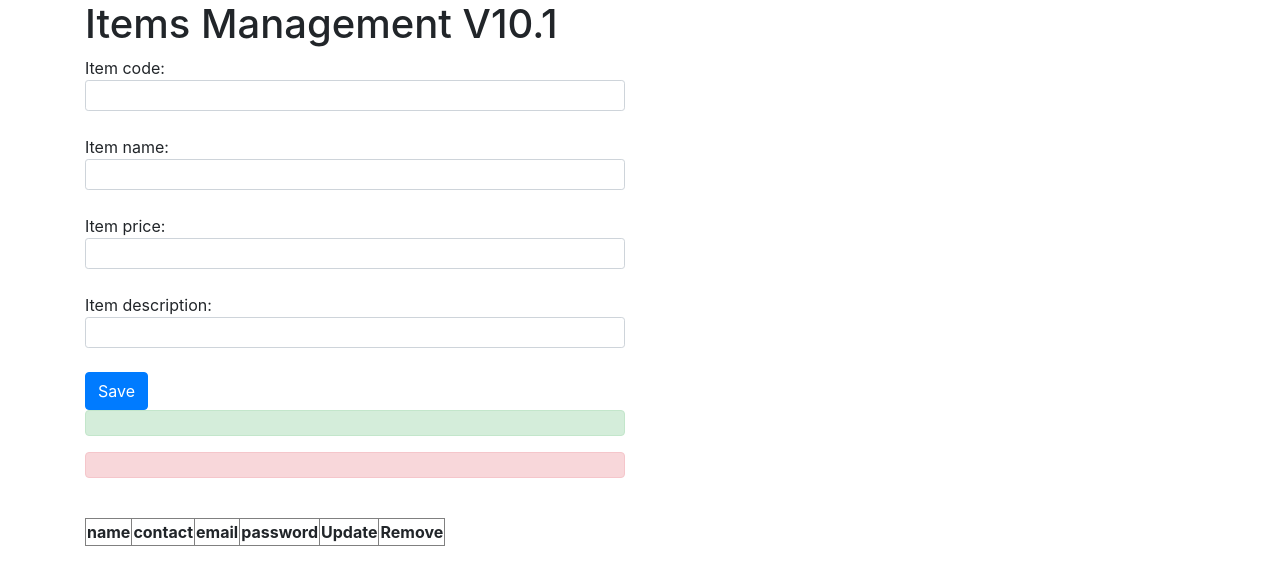
Repository: MadhaveeLiyanagei/UserService---IT20475772
Page: http://localhost/ElectroGrid-UserService/users.jsp
These files come from the project's save history. The page is drawn as it stood at one moment and after the next save; the edit follows.
The browser window is 1280 px wide. The pictures show the whole page.
The page is served by Tomcat 9. Queries for data that is not in the repository find no rows.

Above is the page before, as saved 2022-05-11 13:07:01.
Console error: ReferenceError: jQuery is not defined

After the next save:
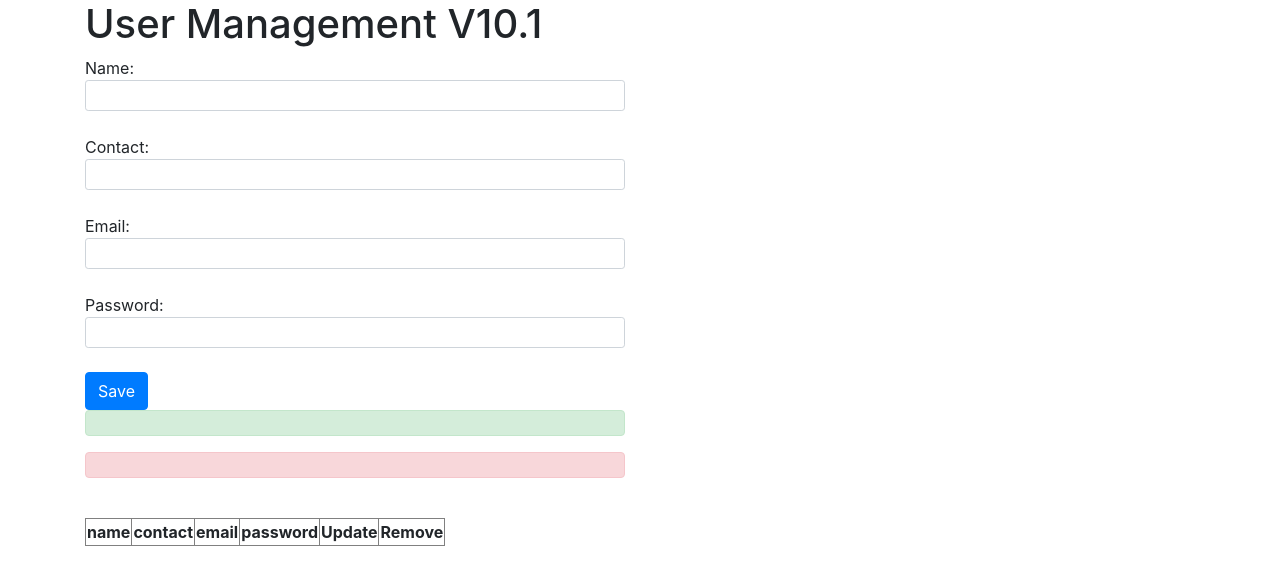
Saved 4 min 0 s later.
--- a/ElectroGrid-UserService/src/main/webapp/users.jsp
+++ b/ElectroGrid-UserService/src/main/webapp/users.jsp
@@ -5,26 +5,26 @@ pageEncoding="ISO-8859-1"%>
 <html>
 <head>
 <meta charset="ISO-8859-1">
-<title>Items Management</title>
+<title>User Management</title>
 <link rel="stylesheet" href="Views/bootstrap.min.css">
 <script src="Components/jquery-migrate-3.4.0.min.js"></script>
 <script src="Components/users.js"></script>
 </head>
 <body>
 <div class="container"><div class="row"><div class="col-6">
-<h1>Items Management V10.1</h1>
+<h1>User Management V10.1</h1>
 <form id="formItem" name="formItem">
- Item code:
- <input id="itemCode" name="itemCode" type="text"
+ Name:
+ <input id="name" name="name" type="text"
  class="form-control form-control-sm">
- <br> Item name:
- <input id="itemName" name="itemName" type="text"
+ <br> Contact:
+ <input id="contact" name="contact" type="text"
  class="form-control form-control-sm">
- <br> Item price:
- <input id="itemPrice" name="itemPrice" type="text"
+ <br>  Email:
+ <input id="email" name="email" type="text"
  class="form-control form-control-sm">
- <br> Item description:
- <input id="itemDesc" name="itemDesc" type="text"
+ <br> Password:
+ <input id="passsword" name="password" type="text"
  class="form-control form-control-sm">
  <br>
  <input id="btnSave" name="btnSave" type="button" value="Save"
